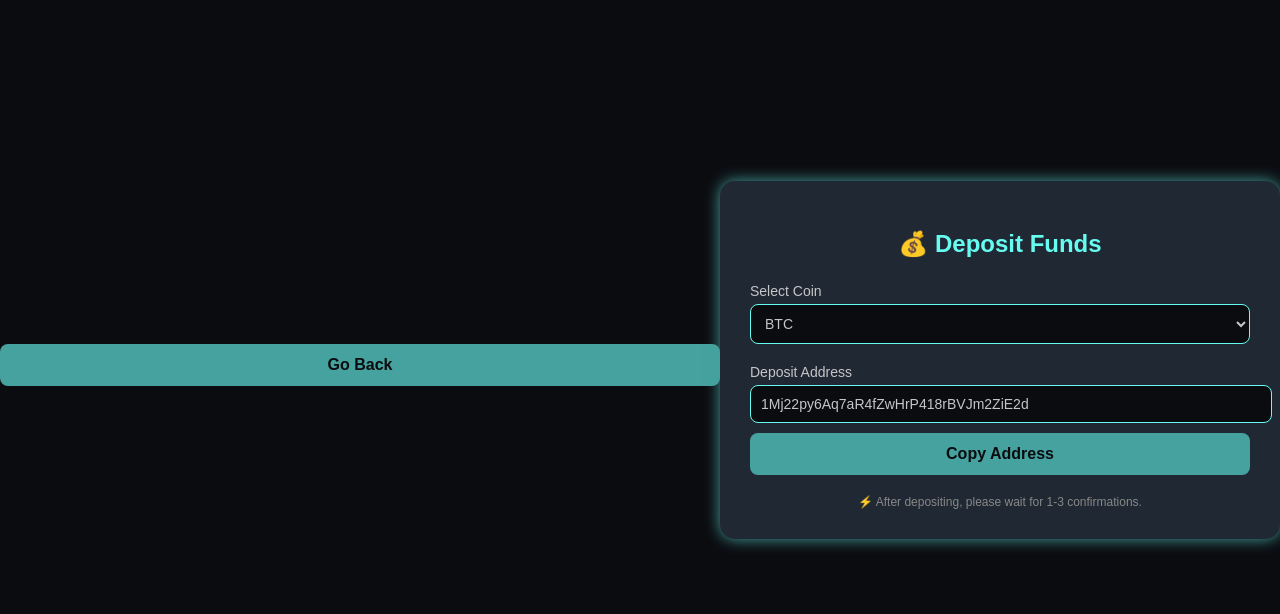
Repository: fredericIT/cypto
Page: http://localhost/account/deposit
The author's editor kept a copy of each file at every save. The page is drawn from the files as they stood at one save, then again after the next save.
The browser window is 1280 px wide. The pictures show the whole page.
The page is served by the project's application, run on Flask 3 (app.py). The user the application loads for id 1 is signed in. The page reads the database file committed with the project.

Above is the page before, as saved 2025-04-26 22:24:34.

After the next save:
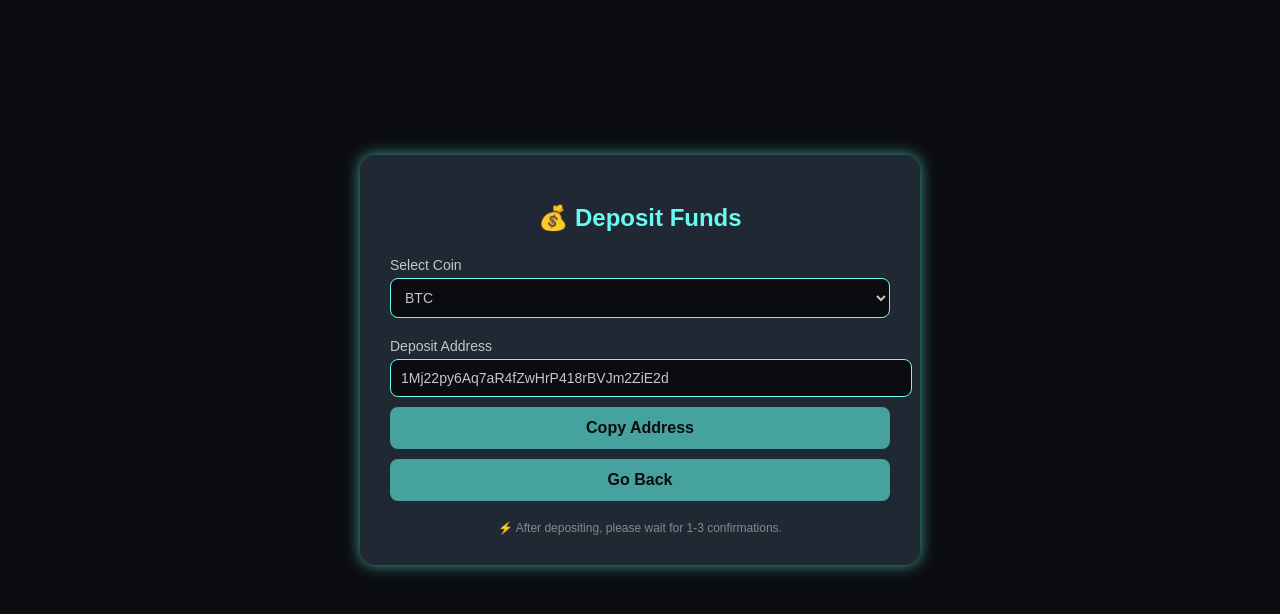
Saved 104 s later.
--- a/templates/user/deposit.html
+++ b/templates/user/deposit.html
@@ -7,7 +7,7 @@
     <link rel="stylesheet" href="{{ url_for('static', filename='css/user/profile_kyc.css') }}">
 </head>
 <body>
-    <button type="button" onclick="javascript:self.history.back()" style="float: left;" class="submit-btn">Go Back</button>
+
     <div class="container">
         <h2>💰 Deposit Funds</h2>
 
@@ -30,6 +30,7 @@
                 <label for="address">Deposit Address</label>
                     <input type="text" id="address" name="address" readonly>
                     <button type="button" class="submit-btn" onclick="copyAddress()">Copy Address</button>
+                    <button type="button" class="submit-btn" onclick="javascript:self.history.back()">Go Back</button>
             </div>
 
         </form>
